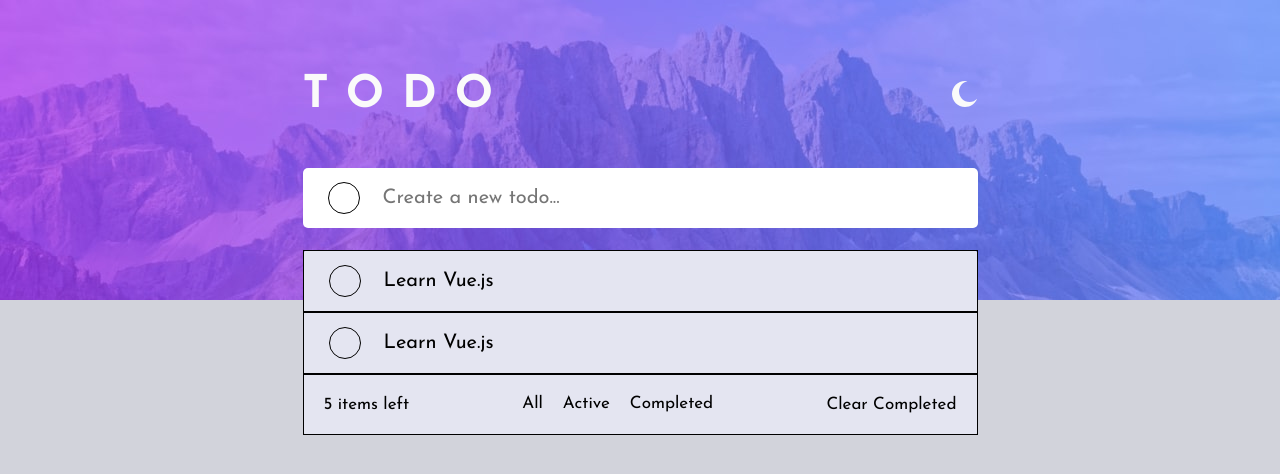
Repository: tomas938/todo-app
Page: /
The author's editor kept a copy of each file at every save. The page is drawn from the files as they stood at one save, then again after the next save.
The browser window is 1280 px wide. The pictures show the whole page.
The project was rebuilt for these pictures with package versions that can differ from the ones it lists, and the page was loaded fresh each time.

Above is the page before, as saved 2021-08-18 11:55:41.

### src/main.js
import { createApp } from "vue";
import App from "./App.vue";
import router from "./router";

createApp(App)
	.use(router)
	.mount("#app");

### src/App.vue
<template>
	<router-view />
</template>

<style lang="scss">
@import "/src/scss/_variables";
:root {
	--items-bg-color: hsl(236, 33%, 92%);
	--body-bg: hsl(233, 11%, 84%);
}
* {
	margin: 0;
	padding: 0;
	box-sizing: border-box;
}
html {
	font-size: 62.5%;
}
body {
	font-size: 1.8rem;
	font-family: $font-primary;
}
.light {
	background-color: var(--body-bg);
}

li {
	list-style: none;
}
</style>

### src/router/index.js
import { createRouter, createWebHashHistory } from "vue-router";
import Home from "../views/Home.vue";

const routes = [
	{
		path: "/",
		name: "Home",
		component: Home,
	},
];

const router = createRouter({
	history: createWebHashHistory(),
	routes,
});

export default router;

### src/scss/_variables.scss
// LINK COLLORS-PRIMARY //

$primary: hsl(220, 98%, 61%);
$primary-bg: linear-gradient hsl(192, 100%, 67%) to hsl(280, 87%, 65%);

// LINK LIGHT THEME //

$light-gray: hsl(0, 0%, 98%);
$very-light-grayish-blue: hsl(236, 33%, 92%);
$light-grayish-blue: hsl(233, 11%, 84%);
$dark-grayish-blue: hsl(236, 9%, 61%);
$very-dark-grayish-blue: hsl(235, 19%, 35%);

// LINK DARK THEME //

$very-dark-blue: hsl(235, 21%, 11%);
$dark-desaturated-blue: hsl(235, 24%, 19%);
$light-grayish-blue--dark: hsl(234, 39%, 85%);
$light-grayish-blue--dark-hover: hsl(236, 33%, 92%);
$dark-grayish-blue--dark: hsl(234, 11%, 52%);
$very-dark-grayish-blue--dark: hsl(233, 14%, 35%);
$very-dark-grayish-blue--dark-2: hsl(237, 14%, 26%);

// LINK FONT //

@import url("https://fonts.googleapis.com/css2?family=Josefin+Sans:wght@400;700&display=swap");
$font-primary: "Josefin Sans", sans-serif;
$light: 400;
$bold: 700;

### src/views/Home.vue
<template>
	<Header />
	<Todos />
</template>

<script>
import Header from "../components/Header";
import Todos from "../components/Todos.vue";
export default {
	components: {
		Header,
		Todos,
	},
};
</script>
<style lang="scss"></style>

### src/components/Header.vue
<template>
	<header>
		<nav class="nav container">
			<div class="nav__title">
				<h1>todo</h1>
			</div>
			<svg
				v-if="ligth"
				@click="changeTheme"
				class="nav__theme"
				xmlns="http://www.w3.org/2000/svg"
				width="26"
				height="26"
			>
				<path
					fill="#fafafa"
					fill-rule="evenodd"
					d="M13 0c.81 0 1.603.074 2.373.216C10.593 1.199 7 5.43 7 10.5 7 16.299 11.701 21 17.5 21c2.996 0 5.7-1.255 7.613-3.268C23.22 22.572 18.51 26 13 26 5.82 26 0 20.18 0 13S5.82 0 13 0z"
				/>
			</svg>
			<svg
				v-else
				@click="changeTheme"
				xmlns="http://www.w3.org/2000/svg"
				width="26"
				height="26"
			>
				<path
					fill="#fafafa"
					fill-rule="evenodd"
					d="M13 21a1 1 0 011 1v3a1 1 0 11-2 0v-3a1 1 0 011-1zm-5.657-2.343a1 1 0 010 1.414l-2.121 2.121a1 1 0 01-1.414-1.414l2.12-2.121a1 1 0 011.415 0zm12.728 0l2.121 2.121a1 1 0 01-1.414 1.414l-2.121-2.12a1 1 0 011.414-1.415zM13 8a5 5 0 110 10 5 5 0 010-10zm12 4a1 1 0 110 2h-3a1 1 0 110-2h3zM4 12a1 1 0 110 2H1a1 1 0 110-2h3zm18.192-8.192a1 1 0 010 1.414l-2.12 2.121a1 1 0 01-1.415-1.414l2.121-2.121a1 1 0 011.414 0zm-16.97 0l2.121 2.12A1 1 0 015.93 7.344L3.808 5.222a1 1 0 011.414-1.414zM13 0a1 1 0 011 1v3a1 1 0 11-2 0V1a1 1 0 011-1z"
				/>
			</svg>
		</nav>
		<div class="new-todo">
			<input type="text" placeholder="Create a new todo..." />
		</div>
	</header>
</template>

<script>
export default {
	data() {
		return {
			ligth: true,
			body: document.body,
		};
	},
	methods: {
		changeTheme() {
			this.ligth = !this.ligth;
			if (!this.ligth) {
				this.body.classList.remove("light");
				this.body.classList.add("dark");
			} else {
				this.body.classList.remove("dark");
				this.body.classList.add("light");
			}
		},
	},
	mounted() {
		this.body.classList.add("light");
	},
};
</script>

<style lang="scss" scoped>
@import "/src/scss/_variables";

header {
	height: 30rem;
	display: flex;
	flex-direction: column;
	align-items: center;
	justify-content: center;
	gap: 5rem;
	padding: 3rem;
	background-image: url(../assets/bg-desktop-light.jpg);
	background-repeat: no-repeat;
	background-size: cover;
}
.nav {
	max-width: 67.5rem;
	width: 100%;
	display: flex;
	justify-content: space-between;
	align-items: baseline;
	&__title h1 {
		font-size: 4.5rem;
		letter-spacing: 1.8rem;
		text-transform: uppercase;
	}

	svg {
		cursor: pointer;
	}
}
.new-todo {
	max-width: 67.5rem;
	width: 100%;
	position: relative;
	&::before {
		content: "";
		position: absolute;
		top: 50%;
		transform: translateY(-50%);
		left: 2.5rem;
		width: 3rem;
		height: 3rem;
		border-radius: 50%;
		border: 1px solid black;
	}
}
input {
	width: 100%;
	outline: none;
	border: none;
	padding: 2rem;
	padding-left: 8rem;
	border-radius: 0.5rem;
	font-size: 2rem;
	font-family: $font-primary;
	font-weight: $light;
}
h1 {
	color: $light-gray;
}
</style>

### src/components/Todos.vue
<template>
	<main>
		<ul class="todos">
			<li class="todo-item">
				<span>Learn Vue.js</span>
			</li>
			<li class="todo-item">
				<span>Learn Vue.js</span>
			</li>
			<div class="filters">
				<div class="items-left">
					<span>5 items left</span>
				</div>
				<div class="filter">
					<span>All</span>
					<span>Active</span>
					<span>Completed</span>
				</div>
				<div class="clear">
					<span>Clear Completed</span>
				</div>
			</div>
		</ul>
	</main>
</template>

<script>
export default {};
</script>

<style lang="scss" scoped>
@import "/src/scss/_variables";

main {
	display: flex;
	justify-content: center;
	transform: translateY(-5rem);
}
.todos {
	max-width: 67.5rem;
	width: 100%;
	border-radius: 0.5rem;
	background-color: var(--items-bg-color);
}
.todo-item {
	position: relative;
	width: 100%;
	padding: 2rem;
	padding-left: 8rem;
	font-size: 2rem;
	font-family: $font-primary;
	font-weight: $light;
	border: 1px solid black;

	// FIXME maybe group styling //
	&::before {
		cursor: pointer;
		content: "";
		position: absolute;
		top: 50%;
		transform: translateY(-50%);
		left: 2.5rem;
		width: 3rem;
		height: 3rem;
		border-radius: 50%;
		border: 1px solid black;
	}
	&::after {
		opacity: 0;
		cursor: pointer;
		content: "";
		position: absolute;
		right: 2.5rem;
		width: 2.6rem;
		height: 2.6rem;
		background-image: url(../assets/icon-cross.svg);
		background-repeat: no-repeat;
	}
	&:hover:after {
		transition: opacity 0.5s ease-in-out;
		opacity: 1;
	}
}
.filters {
	display: flex;
	justify-content: space-between;
	border: 1px solid black;
	padding: 2rem;
	.filter {
		display: flex;
		gap: 2rem;
		span {
			&:first-child {
			}
		}
	}
	.items-left {
		span {
			cursor: auto;
		}
	}
	span {
		cursor: pointer;
		font-size: 1.7rem;
	}
}
</style>

Loaded but not shown: public/index.html (common file)

After the next save:
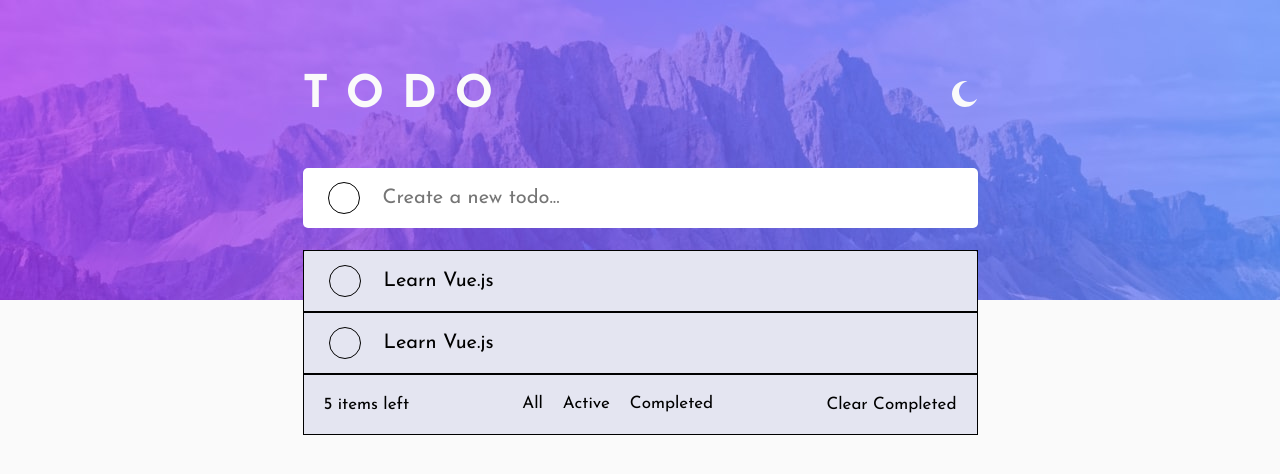
Saved 10 s later.
--- a/src/App.vue
+++ b/src/App.vue
@@ -6,7 +6,7 @@
 @import "/src/scss/_variables";
 :root {
 	--items-bg-color: hsl(236, 33%, 92%);
-	--body-bg: hsl(233, 11%, 84%);
+	--body-bg: hsl(0, 0%, 98%);
 }
 * {
 	margin: 0;
